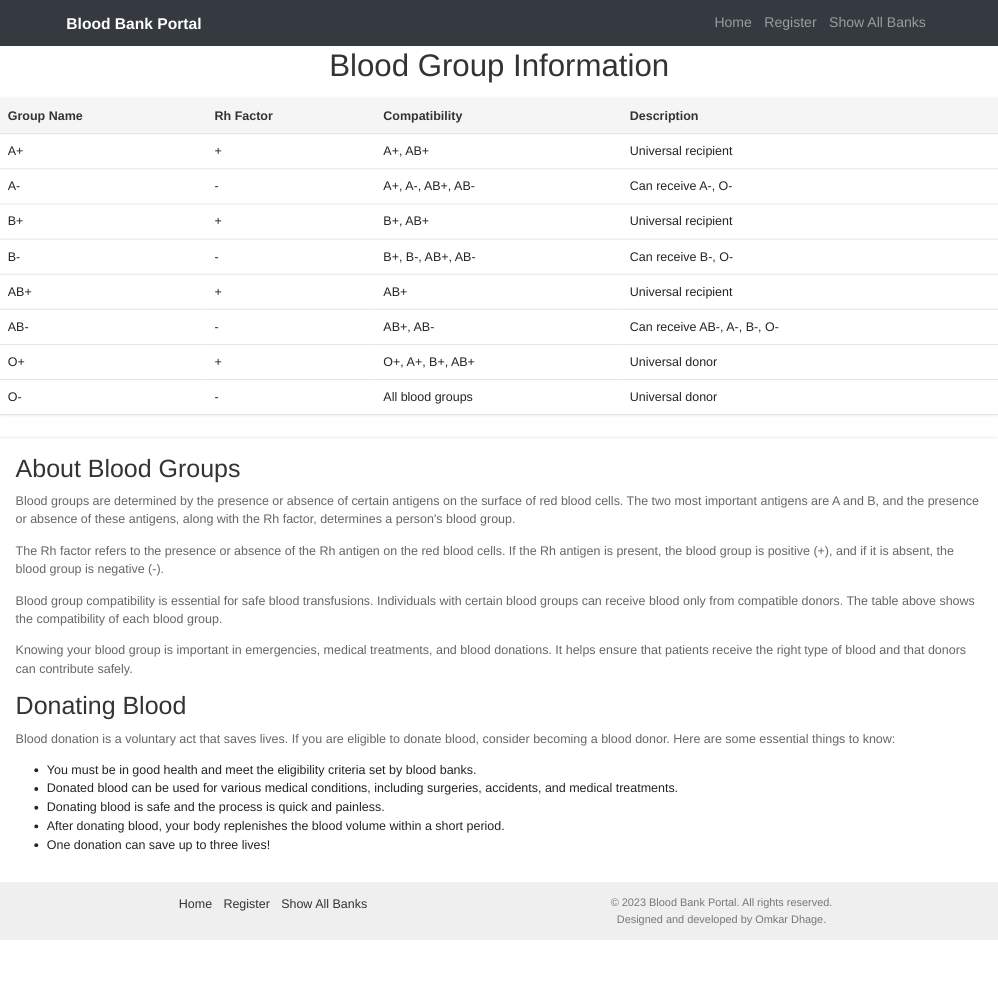
Repository: omi4535/Decentralized_Blood_Bank_System
Page: http://localhost/blood_bank_system/blood_groups_info.jsp
The author's editor kept a copy of each file at every save. The page is drawn from the files as they stood at one save, then again after the next save.
The browser window is 1280 px wide. The pictures show the whole page, at 78% of full size.
Some web libraries are served in a nearby version. The page is served by Tomcat 9.

Above is the page before, as saved 2023-07-04 19:43:35.

After the next save:
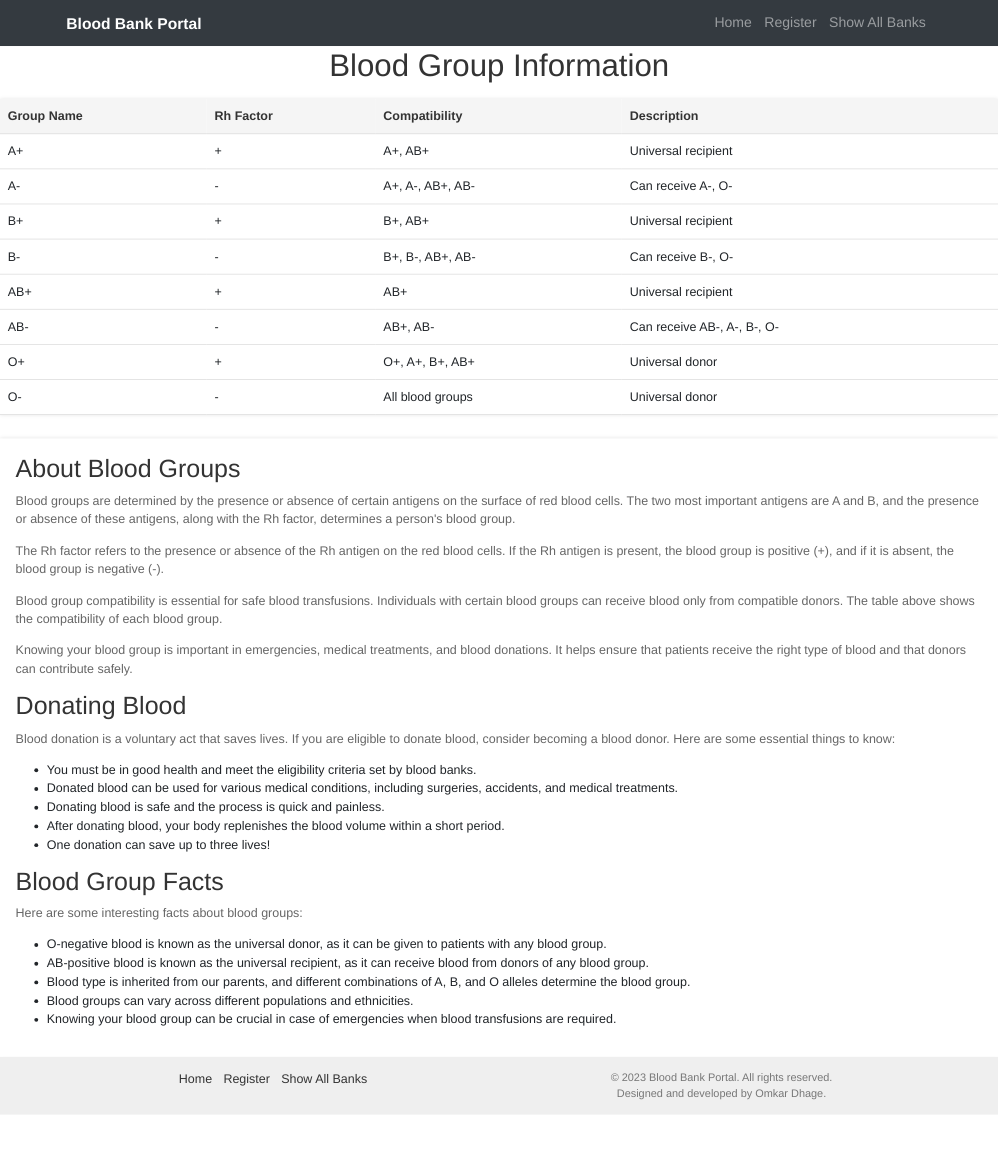
Saved 9 s later.
--- a/blood bank system/src/main/webapp/blood_groups_info.jsp
+++ b/blood bank system/src/main/webapp/blood_groups_info.jsp
@@ -130,6 +130,15 @@
             <li>Donating blood is safe and the process is quick and painless.</li>
             <li>After donating blood, your body replenishes the blood volume within a short period.</li>
             <li>One donation can save up to three lives!</li>
+        </ul>
+        <h2>Blood Group Facts</h2>
+        <p>Here are some interesting facts about blood groups:</p>
+        <ul>
+            <li>O-negative blood is known as the universal donor, as it can be given to patients with any blood group.</li>
+            <li>AB-positive blood is known as the universal recipient, as it can receive blood from donors of any blood group.</li>
+            <li>Blood type is inherited from our parents, and different combinations of A, B, and O alleles determine the blood group.</li>
+            <li>Blood groups can vary across different populations and ethnicities.</li>
+            <li>Knowing your blood group can be crucial in case of emergencies when blood transfusions are required.</li>
         </ul></div>
      <%@ include file="footer.jsp"  %>
 </body>
